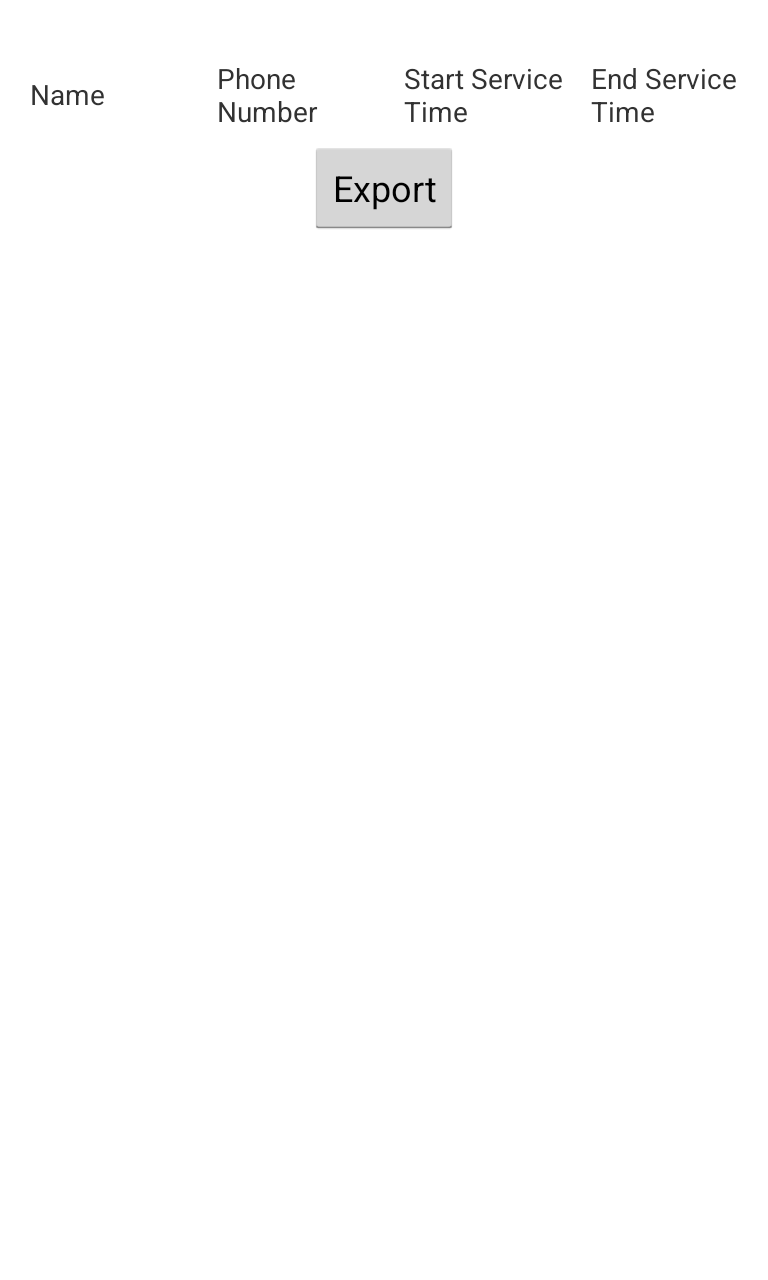
Repository: judemailom/queue-manager
Layout: QueueManager/res/layout/activity_logs.xml
The author's editor kept a copy of each file at every save. The layout is drawn from the files as they stood at one save, then again after the next save.
It is drawn on a 768 x 1280 px phone screen (xhdpi) without system bars, with theme AppTheme; the app's code is not run.

Above is the layout before, as saved 2014-02-04 15:24:00.

### QueueManager/res/layout/activity_logs.xml
<ScrollView xmlns:android="http://schemas.android.com/apk/res/android"
    xmlns:tools="http://schemas.android.com/tools"
    android:layout_width="match_parent"
    android:layout_height="wrap_content"
    tools:context=".LogsActivity" >

	<LinearLayout
	    android:layout_width="match_parent"
	    android:layout_height="wrap_content"
	    android:orientation="vertical" >

		<!-- <Button
		    android:id="@+id/select_date"
		    style="?android:attr/buttonStyleSmall"
		    android:layout_width="wrap_content"
		    android:layout_height="wrap_content"
		    android:text="@string/select_date_button"
		    android:onClick="showDatePickerDialog"/>
		 -->

        <TableLayout
            android:id="@+id/table_log"
            android:layout_width="match_parent"
            android:layout_height="wrap_content" >

            <TableRow
                android:id="@+id/date_header"
                android:layout_width="match_parent"
                android:layout_height="wrap_content"
                android:gravity="center_horizontal" >

                <TextView
                    android:id="@+id/log_date"
                    android:layout_width="wrap_content"
                    android:layout_height="wrap_content"
                    android:gravity="center"
            		android:layout_span="4"
            		android:textStyle="bold"
                    android:textAppearance="?android:attr/textAppearanceMedium" />

            </TableRow>

        	<TableRow
        	    android:id="@+id/log_header"
        	    android:layout_width="wrap_content"
        	    android:layout_height="wrap_content"
        	    android:padding="@dimen/table_padding" >

        	    <TextView
        	        android:layout_width="0dp"
        	        android:layout_height="wrap_content"
        	        android:layout_gravity="center_vertical"
        	        android:layout_weight="1"
        	        android:gravity="left"
        	        android:paddingLeft="10dp"
        	        android:text="@string/name_head"
        	        android:textAppearance="?android:attr/textAppearanceSmall" />

        	    <TextView
        	        android:layout_width="0dp"
        	        android:layout_height="wrap_content"
        	        android:layout_gravity="center_vertical"
        	        android:layout_weight="1"
        	        android:gravity="left"
        	        android:paddingLeft="10dp"
        	        android:text="@string/number_head"
        	        android:textAppearance="?android:attr/textAppearanceSmall" />

        	    <TextView
        	        android:layout_width="0dp"
        	        android:layout_height="wrap_content"
        	        android:layout_gravity="center_vertical"
        	        android:layout_weight="1"
        	        android:gravity="left"
        	        android:paddingLeft="10dp"
        	        android:text="@string/start_head"
        	        android:textAppearance="?android:attr/textAppearanceSmall" />

        	    <TextView
        	        android:layout_width="0dp"
        	        android:layout_height="wrap_content"
        	        android:layout_gravity="center_vertical"
        	        android:layout_weight="1"
        	        android:gravity="left"
        	        android:paddingLeft="10dp"
        	        android:text="@string/end_head"
        	        android:textAppearance="?android:attr/textAppearanceSmall" />
        	</TableRow>

		</TableLayout>

        <Button
            android:layout_width="wrap_content"
            android:layout_height="wrap_content"
            android:layout_gravity="center_vertical|center_horizontal"
            android:text="@string/export_button"
            android:onClick="export_method" />


	</LinearLayout>

</ScrollView>

### QueueManager/res/values/styles.xml
<resources>

    <!--
        Base application theme, dependent on API level. This theme is replaced
        by AppBaseTheme from res/values-vXX/styles.xml on newer devices.
    -->
    <style name="AppBaseTheme" parent="android:Theme.Light.NoTitleBar">
        <!--
            Theme customizations available in newer API levels can go in
            res/values-vXX/styles.xml, while customizations related to
            backward-compatibility can go here.
        -->
    </style>

    <!-- Application theme. -->
    <style name="AppTheme" parent="AppBaseTheme">
        <!-- All customizations that are NOT specific to a particular API-level can go here. -->
    </style>
    <color name="white">#FFFFFF</color>
    <color name="gray">#F0F0F0</color>

</resources>

### QueueManager/res/values/strings.xml
<?xml version="1.0" encoding="utf-8"?>
<resources>

    <string name="app_name">Queue Manager</string>
    <string name="action_settings">Edit Profile</string>
    <string name="title">Logo</string>
    <string name="login">Login</string>
    <string name="hint_password">Password</string>
    <string name="title_activity_home">HomeActivity</string>
    <string name="hello_world">Hello world!</string>
    <string name="desc_calendar">calendar</string>
    <string name="desc_queue">queue count</string>
    <string name="desc_clock">clock</string>
    <string name="button_close">OPEN QUEUE</string>
    <string name="button_pause">CLOSE QUEUE</string>
    <string name="button_export">EXPORT</string>
    <string name="title_activity_queue">Queue</string>
    <string name="now_serving">Now Serving</string>
    <string name="current_queue">Current Queue</string>
    <string name="desc_now_serving">now_serving</string>
    <string name="desc_current_queue">current_queue</string>
    <string name="queue_count">CLOSED QUEUE</string>
    <string name="about">About</string>
    <string name="help">Help</string>
    <string name="title_activity_settings">Settings</string>
    <string name="title_activity_about">About</string>
    <string name="title_activity_help">Help</string>
    <string name="company_name">Company Name</string>
    <string name="hint"></string>
    <string name="profile_address">Address</string>
    <string name="profile_phone">Contact No.</string>
    <string name="profile_password">Password</string>
    <string name="save">Save</string>
    <string name="title_activity_logs">LogsActivity</string>
	<string name="name_head">Name</string>
	<string name="number_head">Phone Number</string>
	<string name="start_head">Start Service Time</string>
	<string name="end_head">End Service Time</string>
	<string name="log">Logs</string>
	<string name="export_button">Export</string>
	<string name="select_date_button">Select Date</string>

</resources>

### QueueManager/res/values/dimens.xml
<resources>

    <!-- Default screen margins, per the Android Design guidelines. -->
    <dimen name="activity_horizontal_margin">20dp</dimen>
    <dimen name="activity_vertical_margin">20dp</dimen>
    <dimen name="font_title">50dp</dimen>
    <dimen name="font_home">20dp</dimen>
    <dimen name="table_padding">5dp</dimen>

</resources>

Loaded but not shown: QueueManager/res/values-v11/styles.xml (common file); QueueManager/res/values-v14/styles.xml (common file)

After the next save:
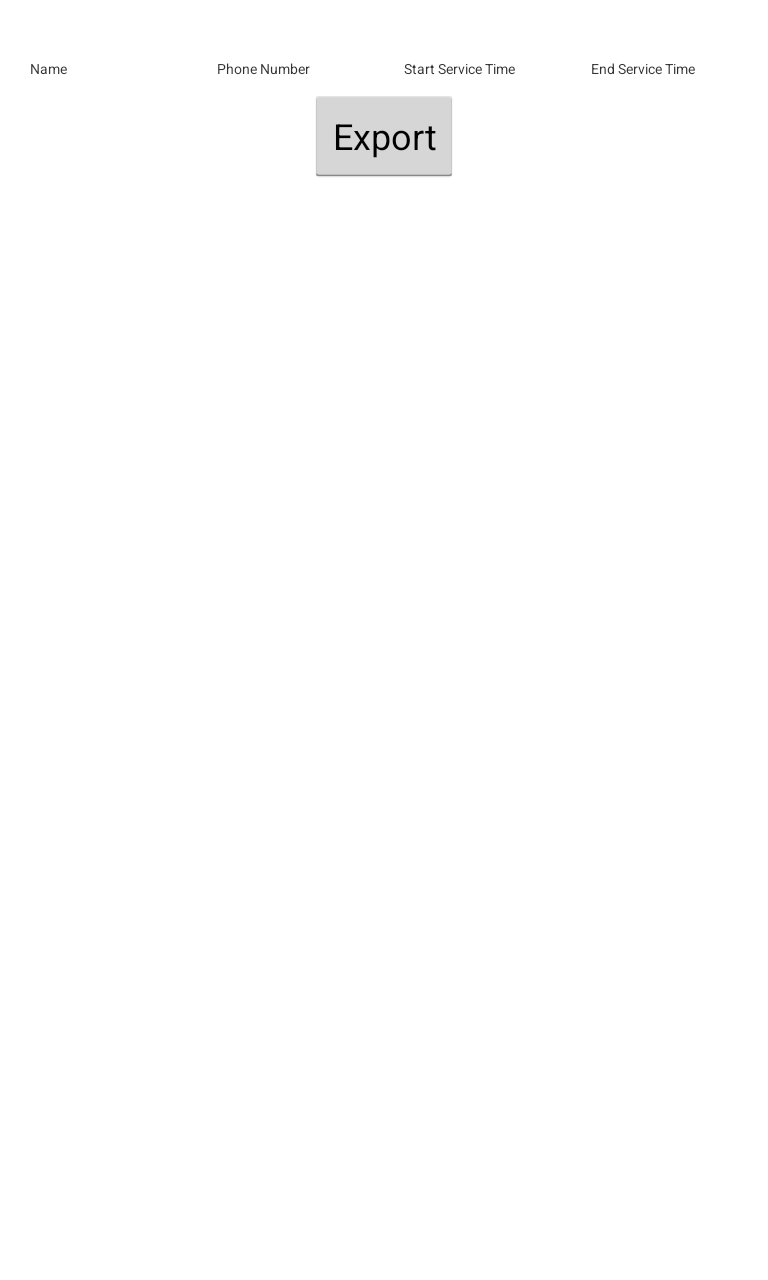
Saved 6 min 26 s later.
--- a/QueueManager/res/layout/activity_logs.xml
+++ b/QueueManager/res/layout/activity_logs.xml
@@ -54,7 +54,7 @@
         	        android:gravity="left"
         	        android:paddingLeft="10dp"
         	        android:text="@string/name_head"
-        	        android:textAppearance="?android:attr/textAppearanceSmall" />
+        	        android:textSize="14px" />
 
         	    <TextView
         	        android:layout_width="0dp"
@@ -64,7 +64,7 @@
         	        android:gravity="left"
         	        android:paddingLeft="10dp"
         	        android:text="@string/number_head"
-        	        android:textAppearance="?android:attr/textAppearanceSmall" />
+        	        android:textSize="14px" />
 
         	    <TextView
         	        android:layout_width="0dp"
@@ -74,7 +74,7 @@
         	        android:gravity="left"
         	        android:paddingLeft="10dp"
         	        android:text="@string/start_head"
-        	        android:textAppearance="?android:attr/textAppearanceSmall" />
+        	        android:textSize="14px" />
 
         	    <TextView
         	        android:layout_width="0dp"
@@ -84,7 +84,7 @@
         	        android:gravity="left"
         	        android:paddingLeft="10dp"
         	        android:text="@string/end_head"
-        	        android:textAppearance="?android:attr/textAppearanceSmall" />
+        	        android:textSize="14px" />
         	</TableRow>
 
 		</TableLayout>
